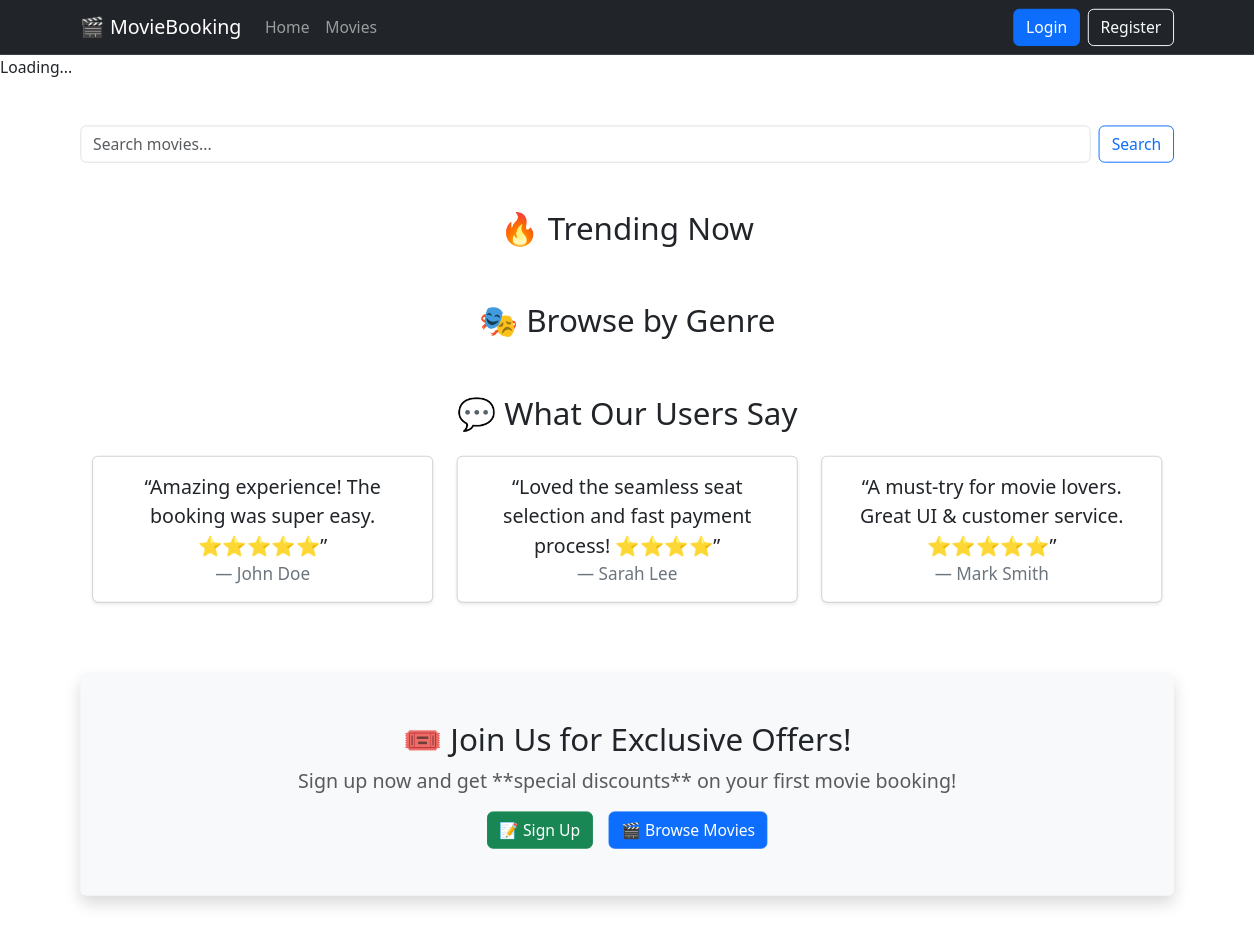
Repository: AshwinUgale/MovieBookingFrontend
Page: /
These files come from the project's save history. The page is drawn as it stood at one moment and after the next save; the edit follows.
The browser window is 1280 px wide. The pictures show the whole page, at 98% of full size.
The page's requests for data from a server got no answer. The project was rebuilt for these pictures with package versions that can differ from the ones it lists, and the page was loaded fresh each time. No one was signed in, and anything a server would have sent is missing. Also part of the build but not shown: src/pages/LoginPage.js, src/pages/RegisterPage.js, src/pages/DashboardPage.js, src/utils/PrivateRoute.js, src/pages/MovieList.js, src/pages/ShowtimesPage.js, src/pages/AdminMoviePage.js, src/pages/AdminShowtimePage.js and 4 more.

Above is the page before, as saved 2025-02-21 11:30:25.

### src/index.js
import React from 'react';
import ReactDOM from 'react-dom/client';
import 'bootstrap/dist/css/bootstrap.min.css';


import App from './App';


const root = ReactDOM.createRoot(document.getElementById('root'));
root.render(
  <React.StrictMode>
    <App />
  </React.StrictMode>
);

### src/App.js
import { BrowserRouter as Router, Routes, Route } from "react-router-dom";
import HomePage from "./pages/HomePage";
import LoginPage from "./pages/LoginPage";
import RegisterPage from "./pages/RegisterPage";
import DashboardPage from "./pages/DashboardPage";
import PrivateRoute from "./utils/PrivateRoute";
import MovieList from "./pages/MovieList";
import ShowtimesPage from "./pages/ShowtimesPage";
import AdminMoviePage from "./pages/AdminMoviePage";
import AdminShowtimePage from "./pages/AdminShowtimePage";
import ShowtimePage from "./pages/ShowtimePage";
import PaymentPage from "./pages/PaymentPage";
import BookingHistoryPage from "./pages/BookingHistoryPage";
import CustomNavbar from "./components/Navbar";
import AuthProvider from "./context/AuthContext";


function App() {
  return (
    <AuthProvider>
    <Router>
      <CustomNavbar/>
      <Routes>
        {/* Public Routes */}
        <Route path="/" element={<HomePage />} />
        <Route path="/login" element={<LoginPage />} />
        <Route path="/register" element={<RegisterPage />} />
        <Route path="/movies" element={<MovieList />} />  {/* ✅ Updated path */}
        <Route path="/showtimes/:movieId" element={<ShowtimesPage />} />  {/* ✅ Updated path */}
        <Route path="/showtime/:showtimeId" element={<ShowtimePage />} />
        <Route path="/payment/:bookingId" element={<PaymentPage />} />

        {/* Protected Routes */}
        <Route path="/dashboard" element={<PrivateRoute component={DashboardPage} />} />
        <Route path="/admin/movies" element={<PrivateRoute component={AdminMoviePage} />} />
        <Route path="/admin/showtimes" element={<PrivateRoute component={AdminShowtimePage} />} />
        <Route path="/bookings" element={<PrivateRoute component={BookingHistoryPage} />} />
      </Routes>
    </Router>
    </AuthProvider>
  );
}

export default App;

### src/pages/HomePage.js
import { Container } from "react-bootstrap";
import HeroSection from "../components/HeroSection";
import TrendingMovies from "../components/TrendingMovies";
import MovieSearch from "../components/MovieSearch";
import GenreSection from "../components/GenreSection";
import Testimonials from "../components/Testimonials";
import CallToAction from "../components/CallToAction";

const HomePage = () => {
  return (
    <>
      {/* Hero Banner */}
      <HeroSection />

      <Container className="text-center mt-5">
        {/* Search Bar */}
        <MovieSearch />

        {/* Trending Movies */}
        <TrendingMovies />

        {/* Browse by Genre */}
        <GenreSection />

        {/* User Testimonials */}
        <Testimonials />

        {/* Call to Action */}
        <CallToAction />
      </Container>
    </>
  );
};

export default HomePage;

### src/components/Navbar.js
import { Link } from "react-router-dom";
import { useContext } from "react";
import { AuthContext } from "../context/AuthContext"; // ✅ Import AuthContext
import { Navbar, Nav, Container, Button } from "react-bootstrap"; // ✅ Import Bootstrap components

const CustomNavbar = () => {
    const { isAuthenticated, logout } = useContext(AuthContext); // ✅ Use authentication state

    return (
        <Navbar bg="dark" variant="dark" expand="lg">
            <Container>
                <Navbar.Brand as={Link} to="/">🎬 MovieBooking</Navbar.Brand>
                <Navbar.Toggle aria-controls="basic-navbar-nav" />
                <Navbar.Collapse id="basic-navbar-nav">
                    <Nav className="me-auto">
                        <Nav.Link as={Link} to="/">Home</Nav.Link>
                        <Nav.Link as={Link} to="/movies">Movies</Nav.Link>
                        {isAuthenticated && <Nav.Link as={Link} to="/bookings">My Bookings</Nav.Link>}
                    </Nav>
                    <Nav>
                        {!isAuthenticated ? (
                            <>
                                <Button variant="primary" as={Link} to="/login" className="mx-2">Login</Button>
                                <Button variant="outline-light" as={Link} to="/register">Register</Button>
                            </>
                        ) : (
                            <Button variant="outline-light" onClick={logout}>Logout</Button>
                        )}
                    </Nav>
                </Navbar.Collapse>
            </Container>
        </Navbar>
    );
};

export default CustomNavbar;

### src/context/AuthContext.js
import { createContext, useState, useEffect } from "react";

export const AuthContext = createContext();

const AuthProvider = ({ children }) => {
    const [isAuthenticated, setIsAuthenticated] = useState(!!localStorage.getItem("token"));

    useEffect(() => {
        const handleStorageChange = () => {
            setIsAuthenticated(!!localStorage.getItem("token"));
        };

        window.addEventListener("storage", handleStorageChange);

        return () => {
            window.removeEventListener("storage", handleStorageChange);
        };
    }, []);

    const login = (token) => {
        localStorage.setItem("token", token);
        setIsAuthenticated(true);
    };

    const logout = () => {
        localStorage.removeItem("token");
        setIsAuthenticated(false);
    };

    return (
        <AuthContext.Provider value={{ isAuthenticated, login, logout }}>
            {children}
        </AuthContext.Provider>
    );
};

export default AuthProvider;

### src/components/HeroSection.js
import React, { useEffect, useState } from "react";
import api from "../services/api";

const HeroSection = () => {
  const [featuredMovie, setFeaturedMovie] = useState(null);

  useEffect(() => {
    async function fetchMovies() {
      try {
        const response = await api.get("/movies");
        setFeaturedMovie(response.data[0]); // First movie as featured
      } catch (error) {
        console.error("Error fetching movies:", error);
      }
    }
    fetchMovies();
  }, []);

  if (!featuredMovie) return <p>Loading...</p>;

  return (
    <div className="hero-section text-center text-white" style={{
      background: `url(${featuredMovie.posterUrl || "/banner.jpg"}) center/cover no-repeat`,
      height: '500px',
      display: 'flex',
      alignItems: 'center',
      justifyContent: 'center'
    }}>
      <div>
        <h1>{featuredMovie.title}</h1>
        <p>{featuredMovie.description.substring(0, 100)}...</p>
        <a href={`/movies/${featuredMovie._id}`} className="btn btn-primary">Book Now</a>
      </div>
    </div>
  );
};

export default HeroSection;

### src/components/TrendingMovies.js
import React, { useEffect, useState } from "react";
import api from "../services/api";
import { Card, Row, Col } from "react-bootstrap";

const TrendingMovies = () => {
  const [movies, setMovies] = useState([]);

  useEffect(() => {
    async function fetchMovies() {
      try {
        const response = await api.get("/movies");
        setMovies(response.data.slice(0, 6)); // Show 6 trending movies
      } catch (error) {
        console.error("Error fetching movies:", error);
      }
    }
    fetchMovies();
  }, []);

  return (
    <div className="container my-5">
      <h2 className="text-center">🔥 Trending Now</h2>
      <Row>
        {movies.map(movie => (
          <Col key={movie._id} md={4} className="mb-4">
            <Card>
              <Card.Img variant="top" src={movie.posterUrl || "/default-poster.jpg"} />
              <Card.Body>
                <Card.Title>{movie.title}</Card.Title>
                <a href={`/movies/${movie._id}`} className="btn btn-primary">View Details</a>
              </Card.Body>
            </Card>
          </Col>
        ))}
      </Row>
    </div>
  );
};

export default TrendingMovies;

### src/components/MovieSearch.js
import { useState } from "react";
import { useNavigate } from "react-router-dom";

const MovieSearch = () => {
  const [query, setQuery] = useState("");
  const navigate = useNavigate();

  const handleSearch = (e) => {
    e.preventDefault();
    if (query.trim()) {
      navigate(`/movies?search=${query}`);
    }
  };

  return (
    <form onSubmit={handleSearch} className="d-flex my-4">
      <input type="text" className="form-control me-2" placeholder="Search movies..." value={query} onChange={(e) => setQuery(e.target.value)} />
      <button type="submit" className="btn btn-outline-primary">Search</button>
    </form>
  );
};

export default MovieSearch;

### src/components/GenreSection.js
import React, { useEffect, useState } from "react";
import api from "../services/api";

const GenreSection = () => {
  const [genres, setGenres] = useState([]);

  useEffect(() => {
    async function fetchGenres() {
      const response = await api.get("/movies");
      setGenres([...new Set(response.data.map(movie => movie.genre))]);
    }
    fetchGenres();
  }, []);

  return (
    <div className="container my-5">
      <h2 className="text-center">🎭 Browse by Genre</h2>
      <div className="d-flex flex-wrap justify-content-center">
        {genres.map(genre => (
          <a key={genre} href={`/movies?genre=${genre}`} className="btn btn-outline-secondary m-2">
            {genre}
          </a>
        ))}
      </div>
    </div>
  );
};

export default GenreSection;

### src/components/Testimonials.js
import React from "react";
import { Card, Container, Row, Col } from "react-bootstrap";

const testimonials = [
  { name: "John Doe", review: "Amazing experience! The booking was super easy. ⭐⭐⭐⭐⭐" },
  { name: "Sarah Lee", review: "Loved the seamless seat selection and fast payment process! ⭐⭐⭐⭐" },
  { name: "Mark Smith", review: "A must-try for movie lovers. Great UI & customer service. ⭐⭐⭐⭐⭐" },
];

const Testimonials = () => {
  return (
    <Container className="my-5">
      <h2 className="text-center">💬 What Our Users Say</h2>
      <Row className="mt-4">
        {testimonials.map((testimonial, index) => (
          <Col key={index} md={4} className="mb-4">
            <Card className="h-100 shadow-sm">
              <Card.Body>
                <blockquote className="blockquote mb-0">
                  <p>“{testimonial.review}”</p>
                  <footer className="blockquote-footer">{testimonial.name}</footer>
                </blockquote>
              </Card.Body>
            </Card>
          </Col>
        ))}
      </Row>
    </Container>
  );
};

export default Testimonials;

### src/components/CallToAction.js
import React from "react";
import { Container, Button } from "react-bootstrap";
import { Link } from "react-router-dom";

const CallToAction = () => {
  return (
    <Container className="text-center my-5 py-5 bg-light rounded shadow">
      <h2 className="text-dark">🎟️ Join Us for Exclusive Offers!</h2>
      <p className="lead text-muted">
        Sign up now and get **special discounts** on your first movie booking!
      </p>
      <div className="d-flex justify-content-center">
        <Link to="/register">
          <Button variant="success" className="mx-2">📝 Sign Up</Button>
        </Link>
        <Link to="/movies">
          <Button variant="primary" className="mx-2">🎬 Browse Movies</Button>
        </Link>
      </div>
    </Container>
  );
};

export default CallToAction;

### src/services/api.js
import axios from "axios";

const api = axios.create({
  baseURL: "http://localhost:5000/api",
  headers: {
    "Content-Type": "application/json",
  },
});


api.interceptors.request.use((config) => {
  const token = localStorage.getItem("token");
  if (token) {
    config.headers.Authorization = `Bearer ${token}`;
  }
  return config;
});

export const fetchMovies = async () => {
  const response = await api.get("/movies");
  return response.data;
};


export const fetchShowtimes = async (movieId) => {
  const response = await api.get(`/showtimes?movie=${movieId}`);
  return response.data;
};

export const addMovie = async (movieData) => {
  const token = localStorage.getItem("token");
  const response = await api.post("/movies", movieData, {
    headers: { Authorization: `Bearer ${token}` },
  });
  return response.data;
};

export const addShowtime = async (showtimeData) => {
  const token = localStorage.getItem("token");
  const response = await api.post("/showtimes", showtimeData, {
    headers: { Authorization: `Bearer ${token}` },
  });
  return response.data;
};


export const fetchSeats = async (showtimeId) => {
  try {
    const response = await api.get(`/showtimes/${showtimeId}`);
    return response.data.availableSeats;
  } catch (error) {
    console.error("Error fetching seats:", error);
    throw error;
  }
};


export const bookSeats = async (showtimeId, seats) => {
  try {
    const response = await api.post("/bookings", { showtimeId, seats });
    return response.data;
  } catch (error) {
    console.error("Error booking seats:", error);
    throw error;
  }
};

export const mockPayment = async (bookingId) => {
  try {
      const response = await api.post("/payments/pay", { bookingId });
      return response.data;
  } catch (error) {
      console.error("Error processing mock payment:", error);
      throw error;
  }
};

export const fetchBookingHistory = async () => {
  try {
      const response = await api.get("/bookings/history");  // GET request
      return response.data;
  } catch (error) {
      console.error("Error fetching booking history:", error);
      throw error;
  }
};


export const cancelBooking = async (bookingId) => {
  try {
      const response = await api.delete(`/bookings/${bookingId}`); // DELETE request
      return response.data;
  } catch (error) {
      console.error("Error canceling booking:", error);
      throw error;
  }
};


export default api;

Loaded but not shown: public/index.html (common file)

After the next save:
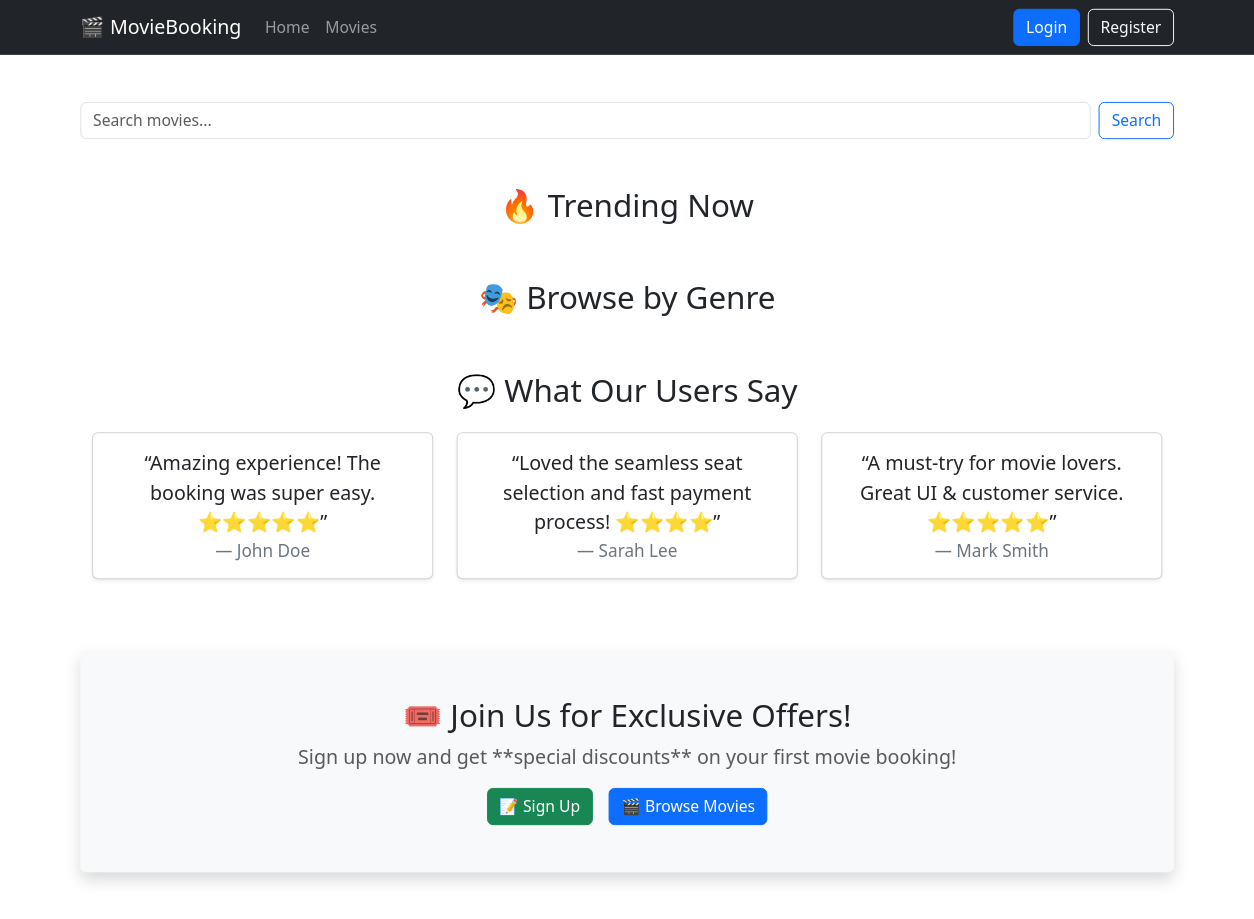
Saved 4 s later.
--- a/src/pages/HomePage.js
+++ b/src/pages/HomePage.js
@@ -10,7 +10,7 @@ const HomePage = () => {
   return (
     <>
       {/* Hero Banner */}
-      <HeroSection />
+      {/* <HeroSection /> */}
 
       <Container className="text-center mt-5">
         {/* Search Bar */}
